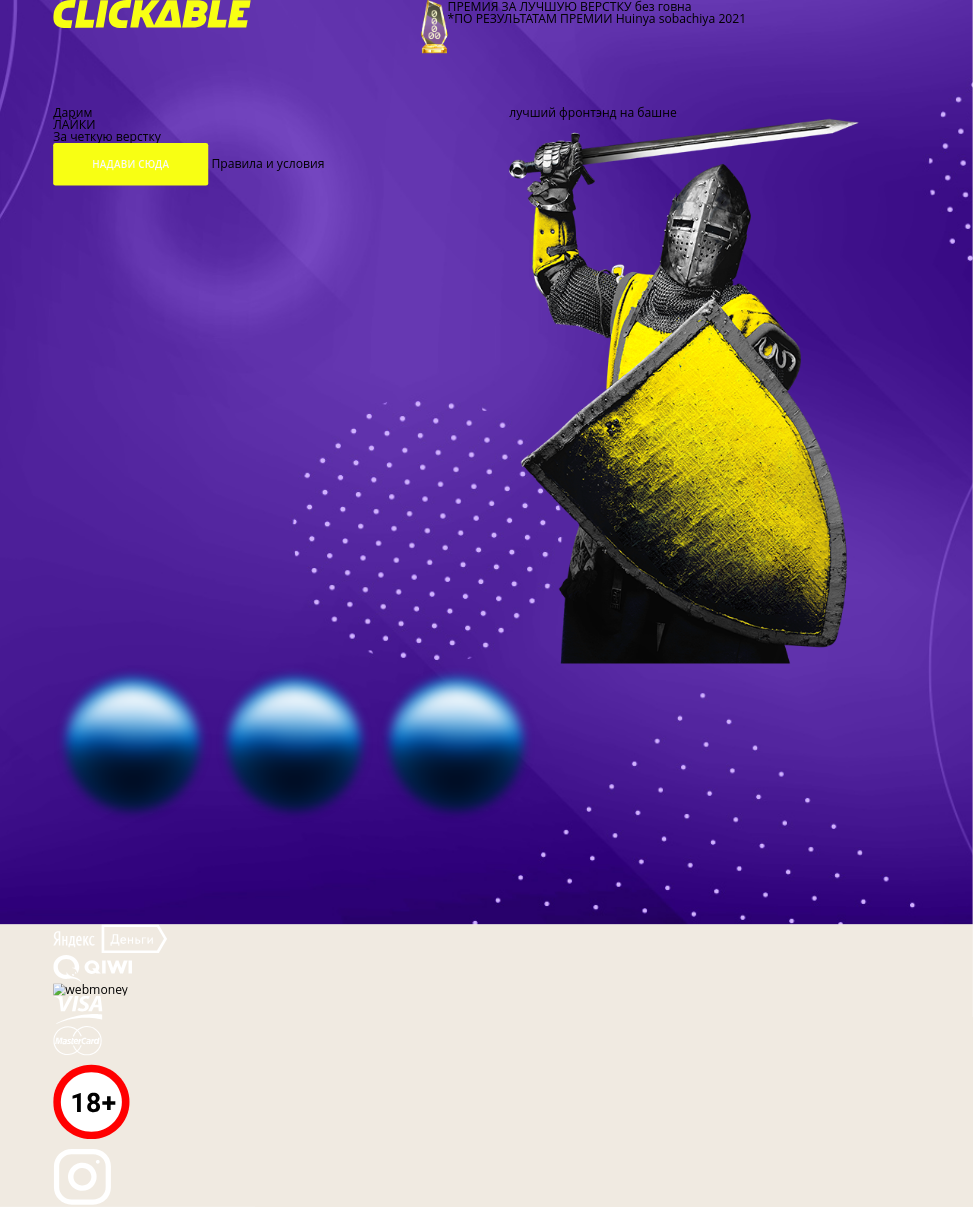
Repository: stanislavExtE/clickable_test
Page: app/index.html
An editor plug-in stored every save of this project. The page is shown before and after the next save, followed by the edit.
The browser window is 1280 px wide. The pictures show the whole page, at 76% of full size.
Some web fonts or font styles are not loaded; a fallback is used. The style sheet was rebuilt from its Sass, Less or Tailwind sources for each picture, by a compiler version that may differ from the author's.

Above is the page before, as saved 2021-01-13 13:14:48.

### app/index.html
<!DOCTYPE html>
<html xmlns="http://www.w3.org/1999/xhtml" lang="en">

<head>
	<meta http-equiv="Content-Type" content="text/html; charset=utf-8" />
	<meta name="format-detection" content="telephone=no">
	<meta name="viewport" content="width=device-width, initial-scale=1, maximum-scale=1">
	<title>Clickable - лучший фронтенд на башне</title>
	<link rel="icon" type="image/x-icon" href="favicon.ico" />
	<link rel="stylesheet" type="text/css" href="css/style.css" />
</head>

<body class="loaded">


	<!-- BEGIN BODY -->

	<div class="main-wrapper">

		<!-- BEGIN CONTENT -->

		<main class="content">
			<section class="info-section">
				<div class="wrapper">
					<div class="info">
						<div class="slogan info__slogan">
							<div class="slogan__text">лучший фронтэнд на башне  </div>
							<img src="img/knight.png" alt="" class="slogan__knight">
						</div>
						<div class="cta info__cta">
							<div class="cta__title">
								Дарим
								<span class="accent" data-accent-word='Л'>
									<div class="accent__text">ЛАЙКИ</div>
								</span>
								За четкую верстку
							</div>
							<div class="cta__button-box">
								<a href="#" class="btn cta__btn">надави сюда</a>
								<a href="#" class="link cta__rules-link">Правила и условия</a>
							</div>
						</div>
						<div class="award info__award">
							<div class="award__prize">
								<img src="img/award.png" alt="award" class="award__prize-img">
							</div>
							<div class="award__info">
								<div class="award__title">ПРЕМИЯ ЗА ЛУЧШУЮ ВЕРСТКУ без говна</div>
								<div class="award__description">*ПО РЕЗУЛЬТАТАМ ПРЕМИИ Huinya sobachiya 2021</div>
							</div>
						</div>
					</div>
					<div class="balls">
						<img src="img/ball.png" alt="ball" class="ball ball_lg-size">
						<img src="img/ball.png" alt="ball" class="ball">
						<img src="img/ball.png" alt="ball" class="ball ball_sm">
					</div>
				</div>
			</section>
		</main>

		<!-- CONTENT EOF   -->

		<!-- BEGIN HEADER -->

		<header class="header">
			<div class="wrapper header__wrapper">
				<a href="#" class="logo header__logo">
					<img src="img/logo.svg" alt="logo" class="logo__img">
				</a>
				<div class="award header__award">
					<div class="award__prize">
						<img src="img/award.png" alt="award" class="award__prize-img">
					</div>
					<div class="award__info">
						<div class="award__title">ПРЕМИЯ ЗА ЛУЧШУЮ ВЕРСТКУ без говна</div>
						<div class="award__description">*ПО РЕЗУЛЬТАТАМ ПРЕМИИ Huinya sobachiya 2021</div>
					</div>
				</div>
			</div>
		</header>

		<!-- HEADER EOF   -->

		<!-- BEGIN FOOTER -->

		<footer class="footer">
			<div class="wrapper footer__wrapper">
				<div class="payments">
					<div class="payment"><img src="img/icons/yandex_money.svg" alt="yandex_money" class="payment-img"></div>
					<div class="payment"><img src="img/icons/qiwi.svg" alt="qiwi" class="payment-img"></div>
					<div class="payment"><img src="img/icons/webmoney.svg" alt="webmoney" class="payment-img"></div>
					<div class="payment"><img src="img/icons/visa.svg" alt="visa" class="payment-img"></div>
					<div class="payment"><img src="img/icons/mastercard.svg" alt="mastercard" class="payment-img"></div>
				</div>
				<div class="icons">
					<div class="icon"><img src="img/icons/pegi_18.svg" alt="pegi_18" class="icon__img"></div>
					<a href="#" class="icon"><img src="img/icons/insta.svg" alt="instagram" class="icon__img"></a>
				</div>
			</div>
		</footer>

		<!-- FOOTER EOF   -->

	</div>

	<div class="icon-load"></div>

	<!-- BODY EOF   -->

	<script src="js/jquery-3.5.1.min.js"></script>
	<script src="js/jquery-migrate-3.3.0.min.js"></script>
	<!--
	<script src="js/components/jquery.fancybox.js" ></script>
	<script src="js/components/jquery.formstyler.js" ></script>
	<script src="js/components/slick.js" ></script>
	<script src="js/components/jquery.mCustomScrollbar.js" ></script>
	-->
	<script src="js/custom.js"></script>
</body>

</html>

### app/scss/style.scss
@import "base/_reset";
@import "base/_fonts";
//@import "components/_jquery.formstyler";
//@import "components/_fancybox";
//@import "components/_slick";
//@import "components/_mCustomScrollbar";
@import "components/_bootstrap";
@import "layout/_repetitive";
@import "layout/_header";
@import "layout/_footer";
@import "layout/_content";

### app/scss/base/_reset.scss
@import '../utils/_mixins';
@import '../utils/_variables';

body {
	margin: 0px;
	padding: 0px;
	font-family: $base-font-family;
	background-color: $base-bg;
	height: 100%;
	line-height: 1;
	position: relative;
	font-size: $base-font-size!important;
	-webkit-font-smoothing: antialiased;
	-moz-osx-font-smoothing: grayscale;
}



/*MAIN*/
html, body, div, span, applet, object, iframe, h1, h2, h3, h4, h5, h6, p, blockquote, pre, a, abbr, acronym, address, big, cite, code,
del, dfn, em, img, ins, kbd, q, s, samp, small, strike, strong, sub, sup, tt, var, b, u, i, center, dl, dt, dd, ol, ul, li, fieldset,
form, label, legend, table, caption, tbody, tfoot, thead, tr, th, td, article, aside, canvas, details, embed, figure, figcaption, footer,
header, hgroup, menu, nav, output, ruby, section, summary, time, mark, audio, video {
	margin: 0; padding: 0; border: 0; font-size: 100%; outline: none;
    -webkit-tap-highlight-color: rgba(0, 0, 0, 0);

}

/* HTML5 display-role reset for older browsers */
article, aside, details, figcaption, figure, footer, header, hgroup, menu, nav, section, main {
	display: block;
}
blockquote, q {
	quotes: none;
}
blockquote:before,
blockquote:after,
q:before,
q:after {
	content: '';
	content: none;
}

table {
	border-collapse: collapse;
	border-width: 0px;
	padding: 0px;
	margin: 0px;
}

html {
	height: 100%;
	-webkit-text-size-adjust: none;
	-ms-text-size-adjust: none;
}

input,
textarea {
	color: #333;
	font-family: $base-font-family;
	outline: none;
	border-radius: 0;
	-moz-border-radius: 0;
	-webkit-border-radius: 0;
	-webkit-appearance: none;
    border: none;
}

input[type="button"],
input[type="submit"],
button {
	cursor: pointer
}

input[type=number]::-webkit-inner-spin-button,
input[type=number]::-webkit-outer-spin-button {
  -webkit-appearance: none;
  margin: 0;
}

td {
	margin: 0px;
	padding: 0px;
}

ul{
    list-style: none;
    list-style-image: url(data:[embedded picture, 78 characters]);
}

form {
	padding: 0px;
	margin: 0px;
}

img{
    max-width: 100%;
}

a {
    color: inherit;
	text-decoration: none;
	outline: none;
    @include transition($default-transition);
}

a,
span,
div,
button {
	outline: none!important
}
input[type="search"]::-webkit-search-decoration,
input[type="search"]::-webkit-search-cancel-button,
input[type="search"]::-webkit-search-results-button,
input[type="search"]::-webkit-search-results-decoration {
  -webkit-appearance:none;
}
input[type=submit],
input[type=button],
button {
	-webkit-appearance: none;
	outline: none;
}

* {
	-webkit-box-sizing: border-box;
	-moz-box-sizing: border-box;
	box-sizing: border-box;
}

*:before,
*:after {
	-webkit-box-sizing: border-box;
	-moz-box-sizing: border-box;
	box-sizing: border-box;
}

.clearfix:after,
.wrapper:after,
.row:after{
	content: ".";
	display: block;
	height: 0;
	clear: both;
	visibility: hidden;
}

### app/scss/utils/_variables.scss
$paddings: 20px;
$min-width: 320px;
$base-wrapp: 1140px;
$max-width: calc(#{$base-wrapp} + #{$paddings} * 2);
$base-bg:#F0EAE1;
$base-font-size: 1rem;
$base-line-height: 1.75rem;
$base-font-family: "Franklin Gothic Book", "Open Sans", Arial, sans-serif;
$custom-font-family: "Franklin Gothic Demi","Open Sans",  Arial, sans-serif;
$default-transition: all 0.4s linear;
$trs: all 0.3s linear;
$trs-wow: all 1s linear;

$ff-book: $base-font-family;
$ff-demi: $custom-font-family;


$shadow: 2px 6px 20px rgba(0, 164, 91, 0.25);
$shadow_light: 2px 6px 20px rgba(0, 164, 91, 0.10);

//breakpoints
$xs: 567px;
$sm: 767px;
$md: 991px;
$lg: 1279px;
$xl: 1435px;

/* main variables */

$col-1: #f8ff13;
$col-2: #F0EAE1;
$col-3: #0A0A0A;
$col-4: #fff;
$col-5: #161616;
$col-6: #bbbbbb;
$col-7: #7e7e7e;

$bg-1:rgba(#fff, .1);

$bd: rgba(187, 187, 187, 0.5);

//text, titles
$tc-1: #303030;
$tc-2: #fff;
$tc-3: $col-1;
$tc-4: $col-5;
$title-main-color: #fff;
$title-color: #fff;


$font-size-h1: 36px;
$line-height-h1: 49px;
$font-size-h2: 36px;
$line-height-h2: 49px;
$font-size-h3: 36px;
$line-height-h3: 49px;
$font-size-h4: 18px;
$line-height-h4: 24px;

$f-s-xs: 14px;
$lh-xs: 14px;
$f-s-sm: 16px;
$lh-sm: 22px;
$f-s-md: 28px;
$lh-md: 38px;
$f-s-lg: 30px;
$lh-lg: 30px;

$f-s-big-xs: 34px;
$f-s-big-sm: 40px;
$f-s-big-md: 50px;
$lh-big-md: 62px;
$f-s-big-lg: 100px;
$lh-big-lg: 110px;
$f-s-big-xl: 110px;
$lh-big-xl: 90px;

### app/scss/base/_fonts.scss

@font-face {
    font-family: 'icomoon';
    src:  url('../fonts/icomoon.eot?lkjq6z');
    src:  url('../fonts/icomoon.eot?lkjq6z#iefix') format('embedded-opentype'),
      url('../fonts/icomoon.ttf?lkjq6z') format('truetype'),
      url('../fonts/icomoon.woff?lkjq6z') format('woff'),
      url('../fonts/icomoon.svg?lkjq6z#icomoon') format('svg');
    font-weight: normal;
    font-style: normal;
    font-display: block;
  }

  [class^="icon-"], [class*=" icon-"] {
    /* use !important to prevent issues with browser extensions that change fonts */
    font-family: 'icomoon' !important;
    speak: never;
    font-style: normal;
    font-weight: normal;
    font-variant: normal;
    text-transform: none;
    line-height: 1;

    /* Better Font Rendering =========== */
    -webkit-font-smoothing: antialiased;
    -moz-osx-font-smoothing: grayscale;
  }

  .icon-arrow-right:before {
    content: "\e900";
  }
  .icon-arrow-right-2:before {
    content: "\e901";
  }
  .icon-caret:before {
    content: "\e902";
  }
  .icon-caret-right:before {
    content: "\e903";
  }
  .icon-cursor:before {
    content: "\e904";
  }
  .icon-fb:before {
    content: "\e905";
  }
  .icon-mail:before {
    content: "\e906";
  }
  .icon-search:before {
    content: "\e907";
    color: #6d6d6d;
  }
  .icon-tel:before {
    content: "\e908";
  }
  .icon-time:before {
    content: "\e909";
  }
  .icon-cross:before {
    content: "\ea0f";
  }



@font-face {
    font-family: 'Franklin Gothic Demi';
    src: url('../fonts/FranklinGothic-Demi.eot');
    src: url('../fonts/FranklinGothic-Demi.eot?#iefix') format('embedded-opentype'),
        url('../fonts/FranklinGothic-Demi.woff2') format('woff2'),
        url('../fonts/FranklinGothic-Demi.woff') format('woff'),
        url('../fonts/FranklinGothic-Demi.ttf') format('truetype');
    font-weight: normal;
    font-style: normal;
    font-display: swap;
}

@font-face {
    font-family: 'Franklin Gothic Book';
    src: url('../fonts/FranklinGothic-Book.eot');
    src: url('../fonts/FranklinGothic-Book.eot?#iefix') format('embedded-opentype'),
        url('../fonts/FranklinGothic-Book.woff2') format('woff2'),
        url('../fonts/FranklinGothic-Book.woff') format('woff'),
        url('../fonts/FranklinGothic-Book.ttf') format('truetype');
    font-weight: normal;
    font-style: normal;
    font-display: swap;
}

### app/scss/components/_bootstrap.scss
/*!
 * Generated using the Bootstrap Customizer (https://getbootstrap.com/docs/3.4/customize/)
 *//*!
 * Bootstrap v3.4.1 (https://getbootstrap.com/)
 * Copyright 2011-2019 Twitter, Inc.
 * Licensed under MIT (https://github.com/twbs/bootstrap/blob/master/LICENSE)
 *//*! normalize.css v3.0.3 | MIT License | github.com/necolas/normalize.css */.row{margin-right:-15px;margin-left:-15px}.row-no-gutters{margin-right:0;margin-left:0}.row-no-gutters [class*="col-"]{padding-right:0;padding-left:0}.col-xs-1, .col-sm-1, .col-md-1, .col-lg-1, .col-xs-2, .col-sm-2, .col-md-2, .col-lg-2, .col-xs-3, .col-sm-3, .col-md-3, .col-lg-3, .col-xs-4, .col-sm-4, .col-md-4, .col-lg-4, .col-xs-5, .col-sm-5, .col-md-5, .col-lg-5, .col-xs-6, .col-sm-6, .col-md-6, .col-lg-6, .col-xs-7, .col-sm-7, .col-md-7, .col-lg-7, .col-xs-8, .col-sm-8, .col-md-8, .col-lg-8, .col-xs-9, .col-sm-9, .col-md-9, .col-lg-9, .col-xs-10, .col-sm-10, .col-md-10, .col-lg-10, .col-xs-11, .col-sm-11, .col-md-11, .col-lg-11, .col-xs-12, .col-sm-12, .col-md-12, .col-lg-12{position:relative;min-height:1px;padding-right:15px;padding-left:15px}.col-xs-1, .col-xs-2, .col-xs-3, .col-xs-4, .col-xs-5, .col-xs-6, .col-xs-7, .col-xs-8, .col-xs-9, .col-xs-10, .col-xs-11, .col-xs-12{float:left}.col-xs-12{width:100%}.col-xs-11{width:91.66666667%}.col-xs-10{width:83.33333333%}.col-xs-9{width:75%}.col-xs-8{width:66.66666667%}.col-xs-7{width:58.33333333%}.col-xs-6{width:50%}.col-xs-5{width:41.66666667%}.col-xs-4{width:33.33333333%}.col-xs-3{width:25%}.col-xs-2{width:16.66666667%}.col-xs-1{width:8.33333333%}@media (min-width:768px){.col-sm-1, .col-sm-2, .col-sm-3, .col-sm-4, .col-sm-5, .col-sm-6, .col-sm-7, .col-sm-8, .col-sm-9, .col-sm-10, .col-sm-11, .col-sm-12{float:left}.col-sm-12{width:100%}.col-sm-11{width:91.66666667%}.col-sm-10{width:83.33333333%}.col-sm-9{width:75%}.col-sm-8{width:66.66666667%}.col-sm-7{width:58.33333333%}.col-sm-6{width:50%}.col-sm-5{width:41.66666667%}.col-sm-4{width:33.33333333%}.col-sm-3{width:25%}.col-sm-2{width:16.66666667%}.col-sm-1{width:8.33333333%}}@media (min-width:992px){.col-md-1, .col-md-2, .col-md-3, .col-md-4, .col-md-5, .col-md-6, .col-md-7, .col-md-8, .col-md-9, .col-md-10, .col-md-11, .col-md-12{float:left}.col-md-12{width:100%}.col-md-11{width:91.66666667%}.col-md-10{width:83.33333333%}.col-md-9{width:75%}.col-md-8{width:66.66666667%}.col-md-7{width:58.33333333%}.col-md-6{width:50%}.col-md-5{width:41.66666667%}.col-md-4{width:33.33333333%}.col-md-3{width:25%}.col-md-2{width:16.66666667%}.col-md-1{width:8.33333333%}}@media (min-width:1200px){.col-lg-1, .col-lg-2, .col-lg-3, .col-lg-4, .col-lg-5, .col-lg-6, .col-lg-7, .col-lg-8, .col-lg-9, .col-lg-10, .col-lg-11, .col-lg-12{float:left}.col-lg-12{width:100%}.col-lg-11{width:91.66666667%}.col-lg-10{width:83.33333333%}.col-lg-9{width:75%}.col-lg-8{width:66.66666667%}.col-lg-7{width:58.33333333%}.col-lg-6{width:50%}.col-lg-5{width:41.66666667%}.col-lg-4{width:33.33333333%}.col-lg-3{width:25%}.col-lg-2{width:16.66666667%}.col-lg-1{width:8.33333333%}}.clearfix:before,.clearfix:after,.container:before,.container:after,.container-fluid:before,.container-fluid:after,.row:before,.row:after{display:table;content:" "}.clearfix:after,.container:after,.container-fluid:after,.row:after{clear:both}.center-block{display:block;margin-right:auto;margin-left:auto}

### app/scss/layout/_header.scss

/*
================================================================================
|                                     HEADER                                   |
================================================================================
*/
.header{
	width:100%;
	min-width: $min-width;
	text-align:left;
	order: 1;
	-webkit-order: 1;
	position: fixed;
	left: 0;
	width: 100%;
	top: 0;
	z-index: 3;
	background: transparent;

	&__wrapper{
		display: flex;
		justify-content: space-between;
	}

	&__logo {
		flex: 0 0 260px;
		max-width: 260px;
    }
}





@include br-p($xl) {

}

@include br-p($lg) {

}
@include br-p($md) {

}
@include br-p($sm) {

}

@include br-p($xs) {



}

@include br-p(419px) {


}

@include br-p(359px) {

}

### app/scss/layout/_footer.scss

/*
================================================================================
|                                     FOOTER                                   |
================================================================================
*/
.footer{
	text-align:left;
	width:100%;
	min-width: $min-width;
	order: 3;
	-webkit-order: 3;
}


@include br-p($xl) {

}

@include br-p($lg) {

}
@include br-p($md) {

}
@include br-p($sm) {

}

@include br-p($xs) {

}

@include br-p(419px) {

}

### app/scss/layout/_content.scss
//main styles
// @import "sections/_name";



.logo {
    max-width: 260px;
    display: block;
}


.slogan {


    &__text {}

    &__knight {}
}

.cta {


    &__title {}

    &__button-box {}

    &__btn {}

    &__rules-link {}
}

.award {
    display: flex;

    &__info {}

    &__prize {


        &-img {}
    }

    &__title {}

    &__description {}
}

.info-section{
    background: url(../img/bg.jpg) no-repeat center / cover;
}

.info {
    display: flex;
    flex-wrap: wrap;
    justify-content: space-between;

    &-section{
        padding: 140px 0 130px;
    }

    &__slogan{
        @include br-p(768px, min) {
            order: 4;
            flex: 0 0 calc(100% - 600px);
        }
    }

    &__cta{
        @include br-p(768px, min) {
            order: 3;
            flex: 0 0 600px;
        }
    }

    &__award{
        @include br-p(768px, min) {
            display: none;
            order: 2;
            flex: 0 0 300px;
        }

    }
}


.balls {}

.ball {}



@include br-p($xl) {}

@include br-p($lg) {}

@include br-p($md) {}

@include br-p($sm) {}

@include br-p($xs) {}

@include br-p(419px) {}

Loaded but not shown: app/js/jquery-3.5.1.min.js (library); app/js/jquery-migrate-3.3.0.min.js (library); app/img/icons/mastercard.svg (6 lines, source omitted); app/img/icons/webmoney.svg (115 lines, source omitted); app/img/icons/yandex_money.svg (4 lines, source omitted); app/img/icons/qiwi.svg (3 lines, source omitted); app/img/icons/insta.svg (3 lines, source omitted); app/img/icons/pegi_18.svg (5 lines, source omitted); app/img/logo.svg (24 lines, source omitted); app/img/icons/visa.svg (3 lines, source omitted); app/js/custom.js (95 lines, source omitted); app/scss/utils/_mixins.scss (259 lines, source omitted); app/scss/layout/_repetitive.scss (250 lines, source omitted)

After the next save:
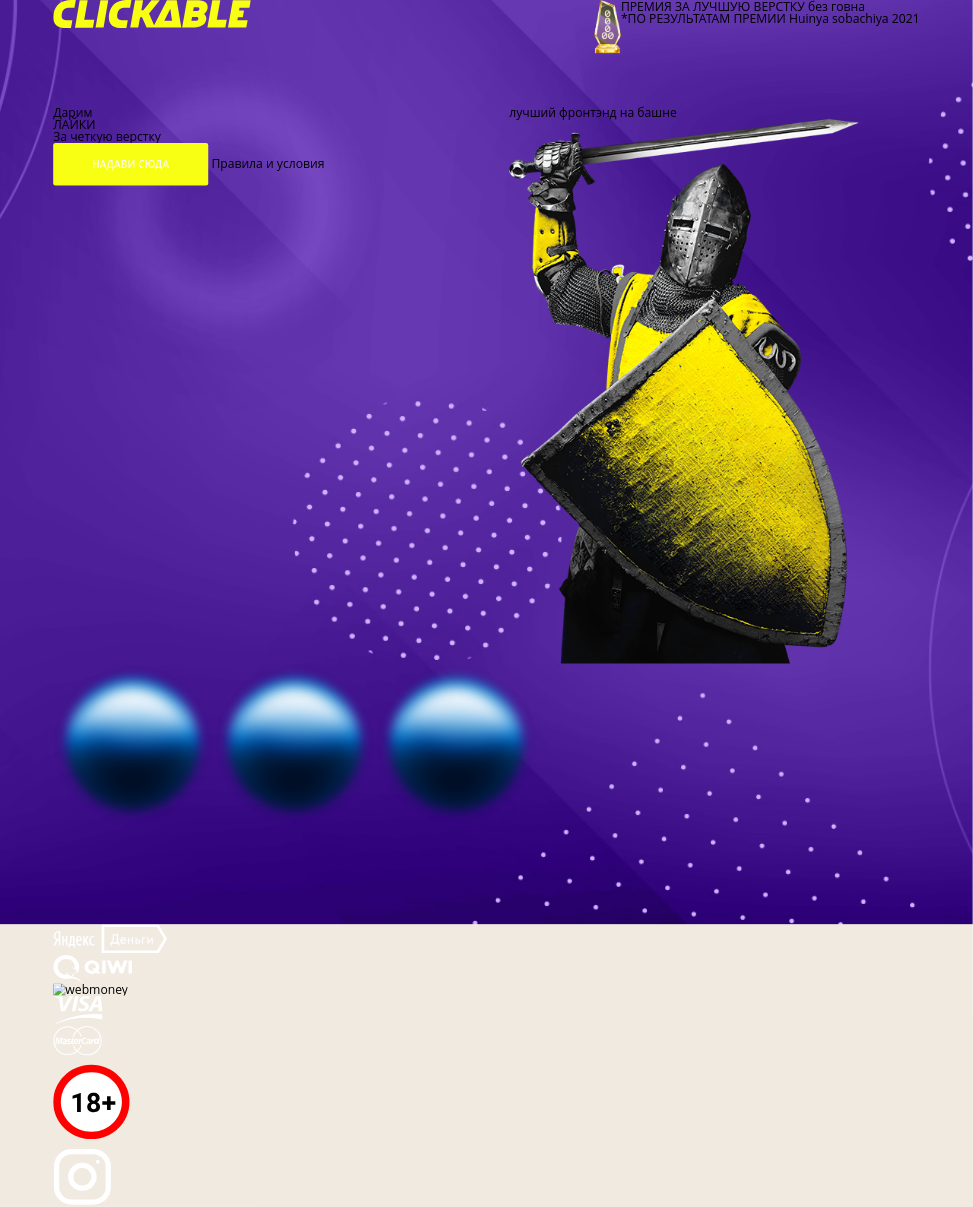
Saved 43 s later.
--- a/app/scss/base/_reset.scss
+++ b/app/scss/base/_reset.scss
@@ -137,7 +137,6 @@
 }
 
 .clearfix:after,
-.wrapper:after,
 .row:after{
 	content: ".";
 	display: block;

After the save that followed:
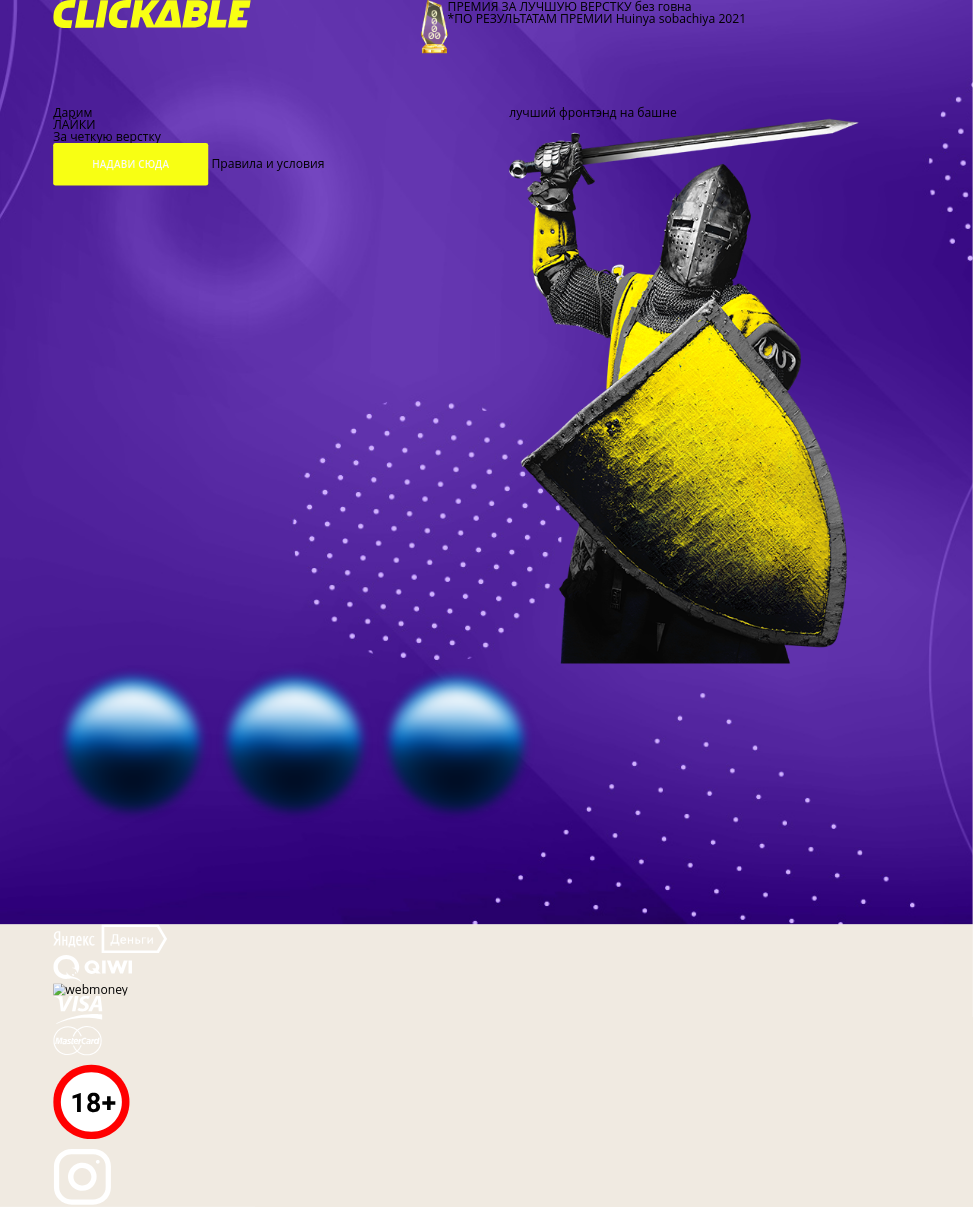
Saved 7 s later.
--- a/app/scss/base/_reset.scss
+++ b/app/scss/base/_reset.scss
@@ -137,6 +137,7 @@
 }
 
 .clearfix:after,
+.wrapper:after,
 .row:after{
 	content: ".";
 	display: block;
